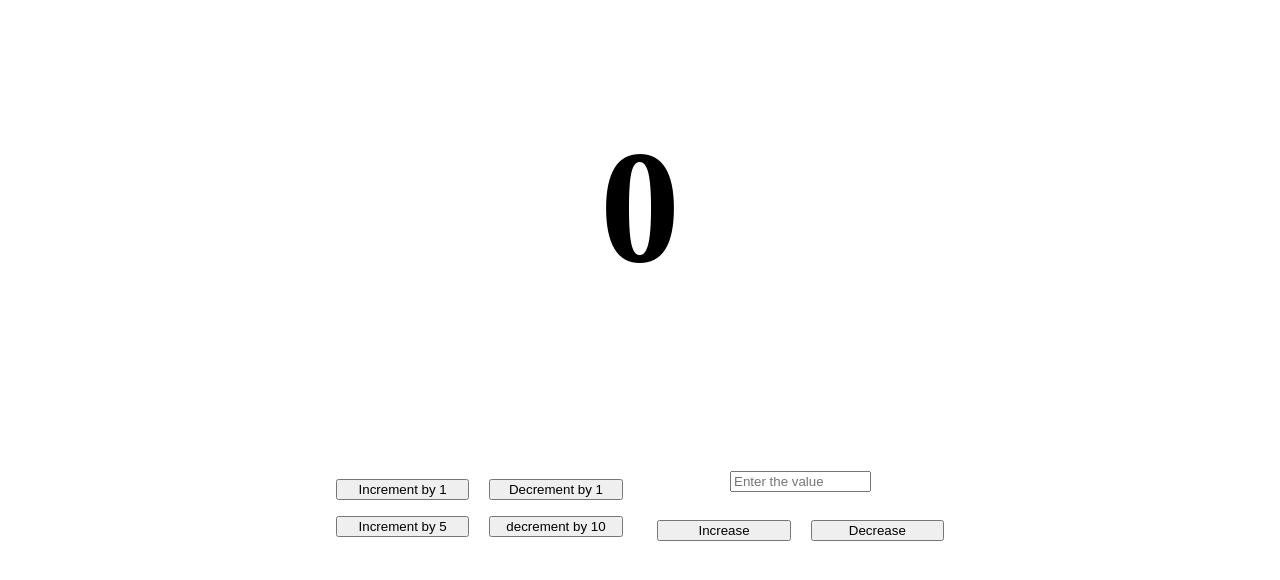
Repository: drumsmanku/micro-project-2
Page: index.html
These files come from the project's save history. The page is drawn as it stood at one moment and after the next save; the edit follows.
The browser window is 1280 px wide. The pictures show the whole page.

Above is the page before, as saved 2023-04-07 19:47:27.

After the next save:
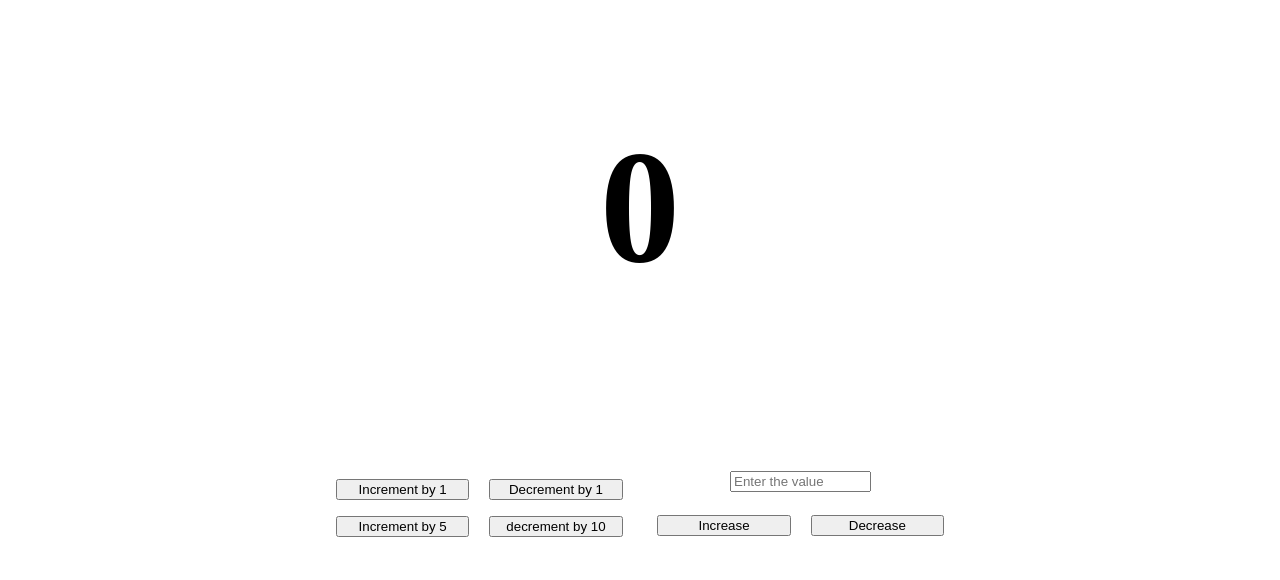
Saved 13 s later.
--- a/style.css
+++ b/style.css
@@ -41,5 +41,5 @@
 }
 .second-second-part input{
   width: 10em;
-  margin-bottom: 20px;
+  margin-bottom: 15px;
 }
